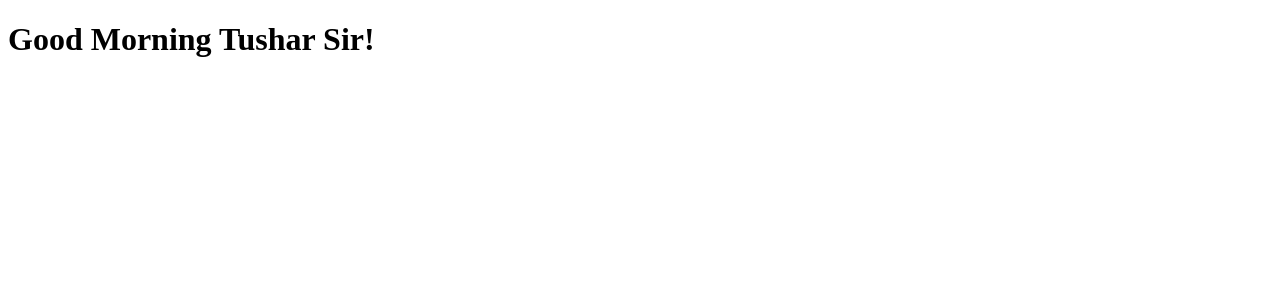
Repository: tushar-TD/Adv_java
Page: http://localhost/Jsp/first.jsp
The author's editor kept a copy of each file at every save. The page is drawn from the files as they stood at one save, then again after a run of saves.
The browser window is 1280 px wide. The pictures show the whole page.
The page is served by Tomcat 9. Other server files are loaded and not shown.

Above is the page before, as saved 2023-07-08 07:15:36.

### Jsp/src/main/webapp/first.jsp
<%@page import="java.text.*,java.util.*"%>
<%@ page language="java" contentType="text/html; charset=ISO-8859-1"
    pageEncoding="ISO-8859-1"%>
<!DOCTYPE html>
<html>
<head>
<meta charset="ISO-8859-1">
<title>Insert title here</title>
</head>
<body>

<%
	SimpleDateFormat sdf=new SimpleDateFormat("HH");
	String hours=sdf.format(Calendar.getInstance().getTime());
	int hh=Integer.parseInt(hours);
	if(hh<12)
	{
		%>
		<%="<h1>Good Morning Tushar Sir!</h1>" %>
		<%
	}
	else if(hh>=12 && hh<=16)
	{ %>
		<%="<h1>Good Afternoon</h1>"%>
		<%
	}
	else if(hh>16 && hh<=21)
	{%>
		<%="<h1>Good Evening!</h1>"%>
		<%
	}
	%>

</body>
</html>

After the next 2 saves:
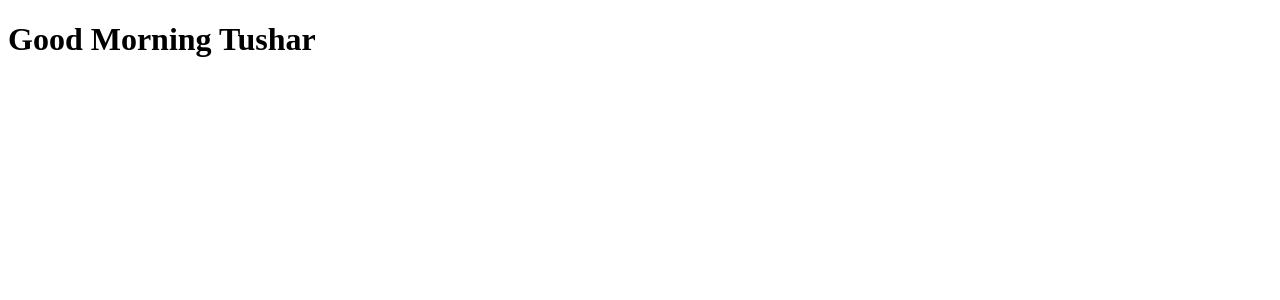
The 2 saves are shown as one change because they came seconds apart.
The last was saved 19 min 14 s later.
--- a/Jsp/src/main/webapp/first.jsp
+++ b/Jsp/src/main/webapp/first.jsp
@@ -16,17 +16,17 @@
 	if(hh<12)
 	{
 		%>
-		<%="<h1>Good Morning Tushar Sir!</h1>" %>
+		<%="<h1>Good Morning Tushar</h1>" %>
 		<%
 	}
 	else if(hh>=12 && hh<=16)
 	{ %>
-		<%="<h1>Good Afternoon</h1>"%>
+		<%="<h1>Good Afternoon Tushar</h1>"%>
 		<%
 	}
 	else if(hh>16 && hh<=21)
 	{%>
-		<%="<h1>Good Evening!</h1>"%>
+		<%="<h1>Good Evening Tushar</h1>"%>
 		<%
 	}
 	%>
